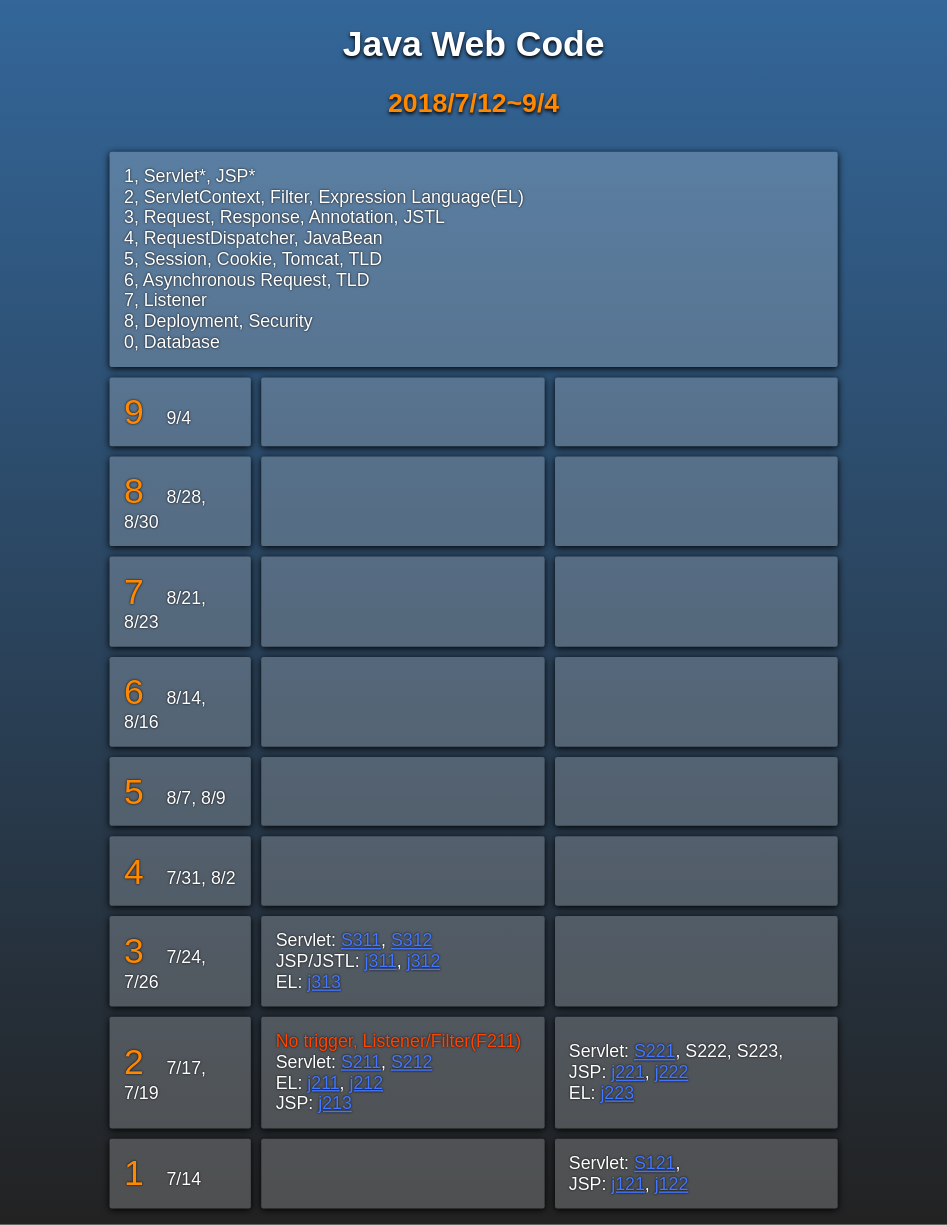
Repository: anxhuang/Java_Web
Page: http://localhost/code/index.jsp
These files come from the project's save history. The page is drawn as it stood at one moment and after the next save; the edit follows.
The browser window is 1280 px wide. The pictures show the whole page, at 74% of full size.
The page is served by Tomcat 9. Other server files are loaded and not shown.

Above is the page before, as saved 2018-07-24 13:18:35.

### code/WebContent/index.jsp
<%@ page language="java" pageEncoding="UTF-8"%>
<!DOCTYPE html>
<html>
<head>
<meta charset="BIG5">
<title>Insert title here</title>
<style>
	body{
		font-size: 0.25in;
		font-family: Arial;
		background: linear-gradient(#369, #222);;
		/*background-image: url("https://fsa.zobj.net/crop.php?r=ao88GxCisk4oY2NINS9REEtIWhpZOc22-qItDMLD3PM32O_JkS6wNJkg6nyYIREcmC0vWqaqI6LJaUOxd-WXbPJcJwdQ8BFboZ63vqok2a4Dr1BmLINjzf1ENB44EzZlDTbMtV754atZi7iy");*/
		/*background-size: cover;*/
	}
	h1{
		color: #FFF;
		text-shadow: 0px 2px 5px #000;
		text-align: center;
	}
	h2{
		color: #F80;
		text-shadow: 0px 2px 5px #000;
		text-align: center;
	}
	orange{
		color: #F80;
		font-size: 0.5in;
		margin-right: 0.25in;
	}
	table{
		width: 80%;
		margin: 0 auto;
		border-spacing: 0.15in;
	}
	td{
		color: #FFF;
		text-shadow: 0px 0px 3px #000;
		padding: 0.2in;
		background: rgba(255,255,255,0.20);
		box-shadow: 0px 2px 10px #000;
		border-radius: 3px;
	}
	td:first-child{
		width: 20%;
	}
	td:nth-child(2){
		width: 40%;
	}
	td:nth-child(3){
		width: 40%;
	}
	a:link		{color: #47F;}
	a:visited	{color: #47F;}
</style>
</head>
<body>

	<h1>Java Web Code</h1><h2>2018/7/12~9/4</h2>

	<table>
		<tbody>
			<tr>
				<td colspan="3">

					<%
					String topic[][]={
						{"1","Servlet*, JSP*"},
						{"2","ServletContext, Filter, Expression Language(EL)"},
						{"3","Request, Response, Annotation, JSTL"},
						{"1","Servlet*, JSP*"},
						{"1","Servlet*, JSP*"},
						{"1","Servlet*, JSP*"},
						{"1","Servlet*, JSP*"},
						{"1","Servlet*, JSP*"},
						{"1","Servlet*, JSP*"},
					};


					%>
					1, Servlet*, JSP*<br>
					2, ServletContext, Filter, Expression Language(EL)<br>
					3, Request, Response, Annotation, JSTL<br>
					4, RequestDispatcher, JavaBean<br>
					5, Session, Cookie, Tomcat, TLD<br>
					6, Asynchronous Request, TLD<br>
					7, Listener<br>
					8, Deployment, Security<br>
					0, Database
				</td>
			</tr>
			<tr>
				<td><orange>9</orange> 9/4</td>
				<td></td>
				<td></td>
			</tr>
			<tr>
				<td><orange>8</orange> 8/28, 8/30</td>
				<td></td>
				<td></td>
			</tr>
			<tr>
				<td><orange>7</orange> 8/21, 8/23</td>
				<td></td>
				<td></td>
			</tr>
			<tr>
				<td><orange>6</orange> 8/14, 8/16</td>
				<td></td>
				<td></td>
			</tr>
			<tr>
				<td><orange>5</orange> 8/7, 8/9</td>
				<td></td>
				<td></td>
			</tr>
			<tr>
				<td><orange>4</orange> 7/31, 8/2</td>
				<td></td>
				<td></td>
			</tr>
			<tr>
				<td><orange>3</orange> 7/24, 7/26</td>
				<td>
					Servlet:
					<a href="S311">S311</a>,
					<a href="S312">S312</a>
					<br>
					JSP/JSTL:
					<a href="j311.jsp">j311</a>,
					<a href="j312.jsp">j312</a>
					<br>
					EL:
					<a href="j313.jsp">j313</a>
				</td>
				<td></td>
			</tr>
			<tr>
				<td><orange>2</orange> 7/17, 7/19</td>
				<td>
					<font color="#F40">No trigger, Listener/Filter(F211)</font>
					<br>
					Servlet:
					<a href="S211">S211</a>,
					<a href="S212">S212</a>
					<br>
					EL:
					<a href="j211.jsp">j211</a>,
					<a href="j212.jsp">j212</a>
					<br>
					JSP:
					<a href="j213.jsp">j213</a>
				</td>
				<td>
					Servlet:
					<a href="S221">S221</a>,
					S222,
					S223,
					<br>
					JSP:
					<a href="j221.jsp">j221</a>,
					<a href="j222.jsp">j222</a>
					<br>
					EL:
					<a href="j223.jsp">j223</a>
				</td>
			</tr>
			<tr>
				<td><orange>1</orange> 7/14</td>
				<td></td>
				<td>
					Servlet:
					<a href="S121">S121</a>,
					<br>
					JSP:
					<a href="j121.jsp">j121</a>,
					<a href="j122.jsp">j122</a>
				</td>
			</tr>
		</tbody>
	</table>
</body>
</html>

After the next save:
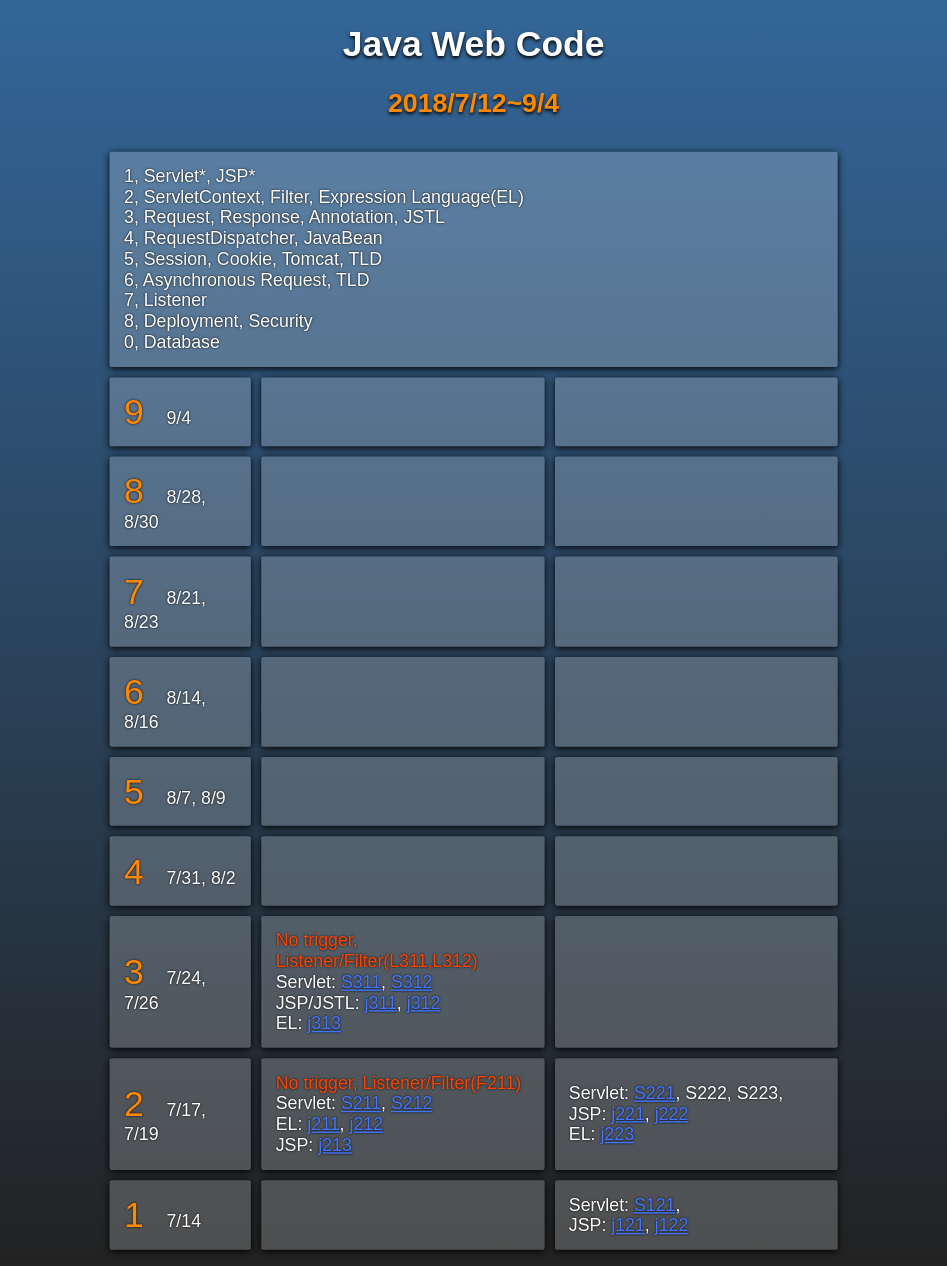
Saved 27 s later.
--- a/code/WebContent/index.jsp
+++ b/code/WebContent/index.jsp
@@ -121,6 +121,8 @@
 			<tr>
 				<td><orange>3</orange> 7/24, 7/26</td>
 				<td>
+					<font color="#F40">No trigger, Listener/Filter(L311,L312)</font>
+					<br>
 					Servlet:
 					<a href="S311">S311</a>,
 					<a href="S312">S312</a>
